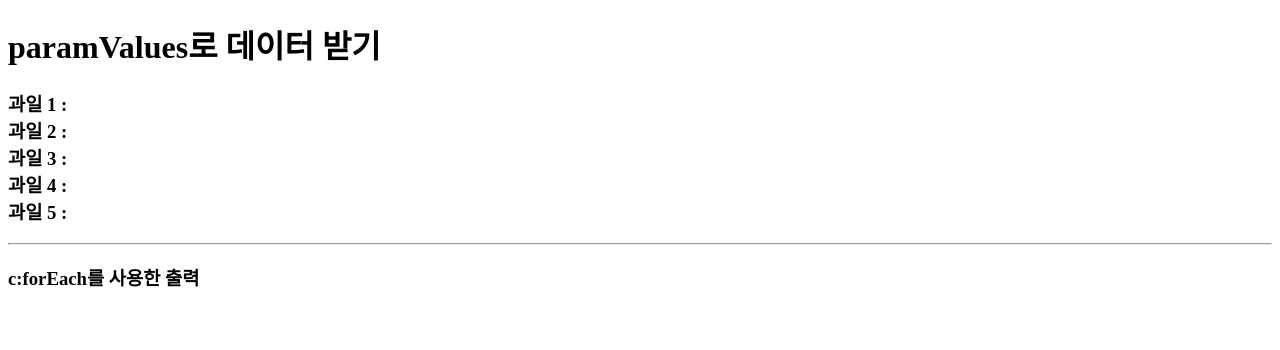
Repository: gajami-kim/240430_JSPJSTL_Study
Page: http://localhost/jstl_study/step-5.jsp
The author's editor kept a copy of each file at every save. The page is drawn from the files as they stood at one save, then again after the next save.
The browser window is 1280 px wide. The pictures show the whole page.
The page is served by Tomcat 9.

Above is the page before, as saved 2024-04-11 03:59:19.

After the next save:
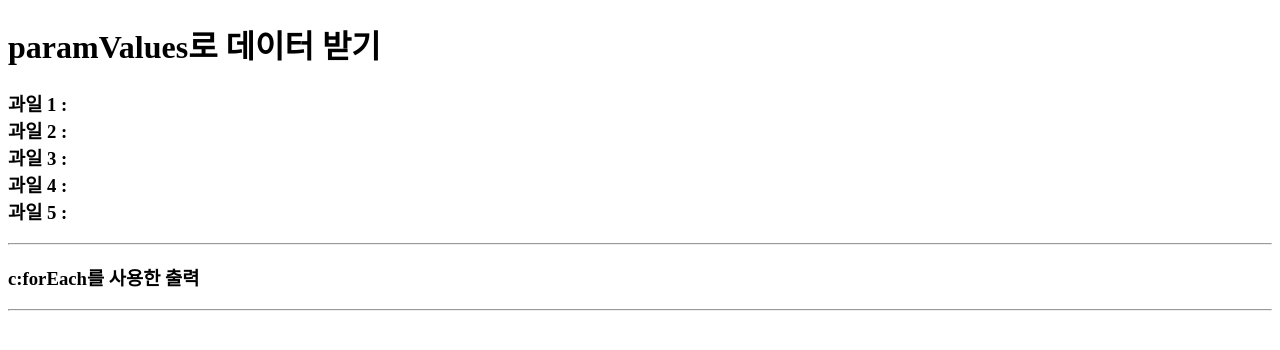
Saved 2 min 29 s later.
--- a/_jspl_workspace/jstl_study/src/main/webapp/step-5.jsp
+++ b/_jspl_workspace/jstl_study/src/main/webapp/step-5.jsp
@@ -24,5 +24,13 @@
 			과일 ${i.index } / ${i.count } : ${foods }	<br>
 		</c:forEach>
 	</h3>
+
+	<hr>
+
+	<%
+		String friends[] = {"삼겹살","소주","족발","맥주"};
+		//java Controller에서 jsp로 데이터를 보낼 때 쓰는 코드
+		request.setAttribute("fr", friends);
+	%>
 </body>
 </html>
